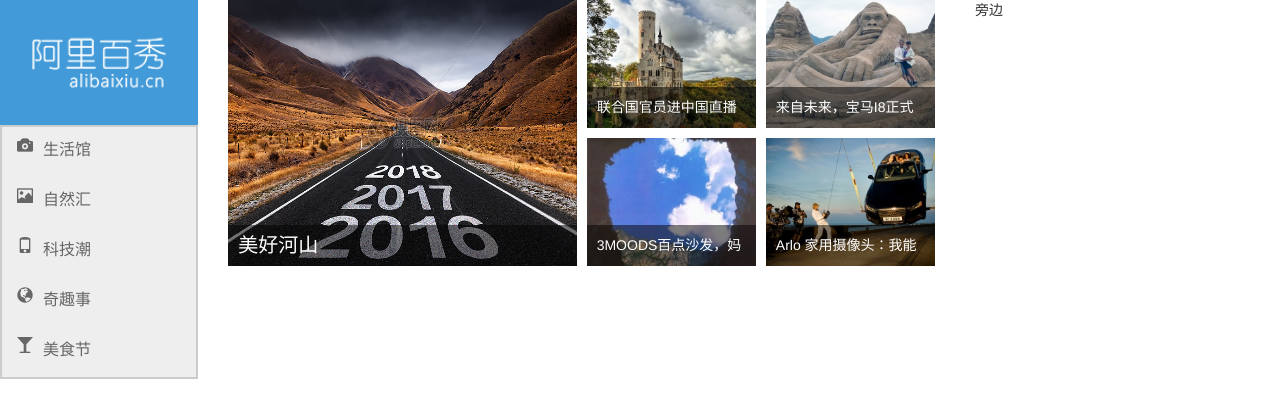
Repository: zhangwen001208/bootstrap-demo
Page: index.html
An editor plug-in stored every save of this project. The page is shown before and after the next save, followed by the edit.
The browser window is 1280 px wide. The pictures show the whole page.

Above is the page before, as saved 2022-09-08 11:16:31.

### index.html
<!DOCTYPE html>
<html lang="en">
<head>
    <meta charset="UTF-8">
    <meta http-equiv="X-UA-Compatible" content="IE=edge">
    <meta name="viewport" content="width=device-width, initial-scale=1.0">
    <link rel="stylesheet" href="./bootstrap/css/bootstrap.min.css">
    <link rel="stylesheet" href="./css/index.css">

    <title>Document</title>
</head>
<body>
    <div class="container">
        <div class="row">
            <header class="col-md-2">
                <div class="logo">
                    <img src="./images/logo.png" alt="">
                </div>
                <div class="nav">
                    <ul class="nav flex-column">
                        <li class="nav-item">
                          <a class="nav-link active glyphicon glyphicon-camera" href="#">生活馆</a>
                        </li>
                        <li class="nav-item">
                          <a class="nav-link glyphicon glyphicon-picture" href="#">自然汇</a>
                        </li>
                        <li class="nav-item">
                          <a class="nav-link glyphicon glyphicon-phone" href="#">科技潮</a>
                        </li>
                        <li class="nav-item">
                          <a class="nav-link glyphicon glyphicon-globe ">奇趣事</a>
                        </li>
                        <li class="nav-item">
                            <a class="nav-link glyphicon glyphicon-glass">美食节</a>
                          </li>
                      </ul>
                </div>

            </header>
            <article class="col-md-7">
              <ul class="item">
                <li>
                    <a href="">
                    <img src="./images/news-1.jpg" alt="">
                    <p>美好河山</p>
                    </a>
            </li>
                <li><a href="">
                    <img src="./images/news-2.jpg" alt="">
                    <p>联合国官员进中国直播间带货,3000斤咖啡豆秒光</p>
                </a></li>
                <li><a href="">
                    <img src="./images/news-3.jpg" alt="">
                    <p>来自未来，宝马I8正式登陆</p>
                </a></li>
                <li><a href="">
                    <img src="./images/news-4.jpg" alt="">
                    <p>3MOODS百点沙发，妈妈再也不怕空间不够了</p>
                </a></li>
                <li><a href="">
                    <img src="./images/news-5.jpg" alt="">
                    <p>Arlo 家用摄像头：我能续航6个月</p>
                </a></li>
              </ul>

            </article>
            <aside class="col-md-3">
                旁边

            </aside>



        </div>
    </div>

</body>
</html>

### css/index.css

 @media screen and (min-width: 1280px) {
    .container {
        width: 1280px
    }

 }
 ul{
    padding: 0;
    margin: 0;
 }
 ul>li {
    list-style: none;
    text-decoration: none;

 }
 a {
    color: #666;
 }
 a:hover {
    text-decoration: none;
 }
 p{
    margin-bottom: 0;
 }






 header {
    padding-left: 0 !important;

 }
 .logo {
    background-color: #429ad9;


 }
 .logo img {
    width: 100%;

 }
 .nav {
    border: 1px solid #ccc ;
    background-color: #eee;
 }

 .nav-item a {
    display: block;
    font-size: 16px;
    height: 50px;
 }
.nav-item a::before {
    vertical-align: middle;
    padding-right: 10px;
}
.nav-item:hover {
    background-color: #fff !important;
}

article {
    padding: 0;
}

.item li {

    float: left;
    width: 25%;
    height: 128px;
    padding-right: 10px;
    margin-bottom: 10px;

}
.item li a {
    position: relative;
    display: block;
    width: 100%;
    height: 100%;
}


.item li:nth-child(1) {
    width: 50%;
    height: 266px;
    padding-right: 10px;


}
.item li:nth-child(1) p {
    font-size: 20px;
}
.item li>a img {
    width: 100%;
    height: 100%;

}
.item li>a p {
    position: absolute;
    display: block;
    height: 41px;
    line-height: 41px;
    width: 100%;
    bottom: 0;
    left: 0;
    background: rgba(0, 0, 0, 0.5);
    font-size: 14px;
    padding: 0 10px;
    color: #fff;
}

Loaded but not shown: bootstrap/css/bootstrap.min.css (library)

After the next save:
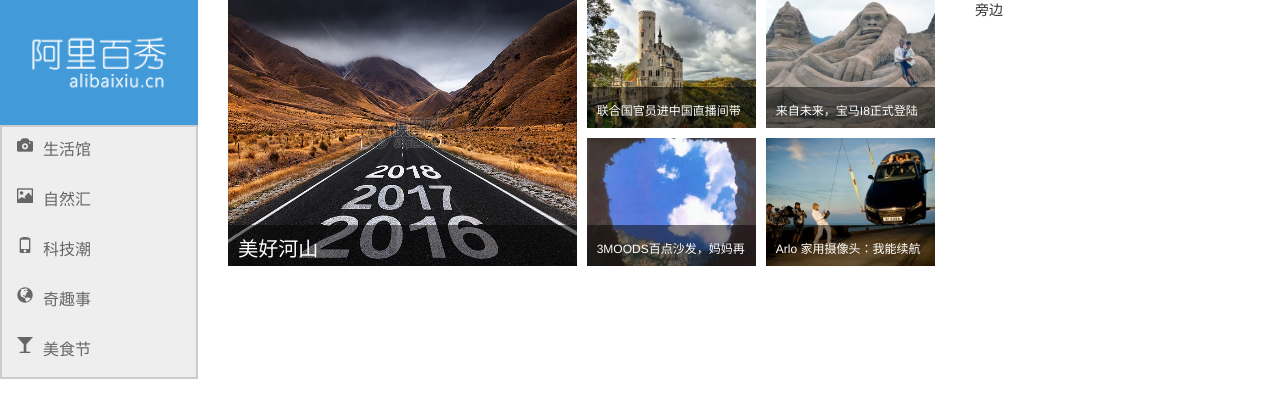
Saved 37 s later.
--- a/css/index.css
+++ b/css/index.css
@@ -105,7 +105,7 @@
     bottom: 0;
     left: 0;
     background: rgba(0, 0, 0, 0.5);
-    font-size: 14px;
-    padding: 0 10px;
+    font-size: 12px;
+    padding: 4px 10px;
     color: #fff;
 }
